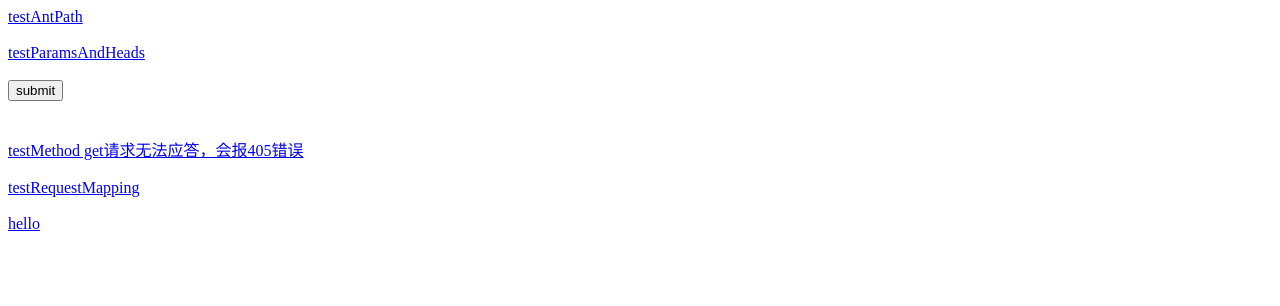
Repository: Gxxxx1989/SpringMVC
Page: http://localhost/springmvc-1/
These files come from the project's save history. The page is drawn as it stood at one moment and after the next save; the edit follows.
The browser window is 1280 px wide. The pictures show the whole page.
The page is served by Tomcat 9.

Above is the page before, as saved 2019-03-25 09:48:00.

After the next save:
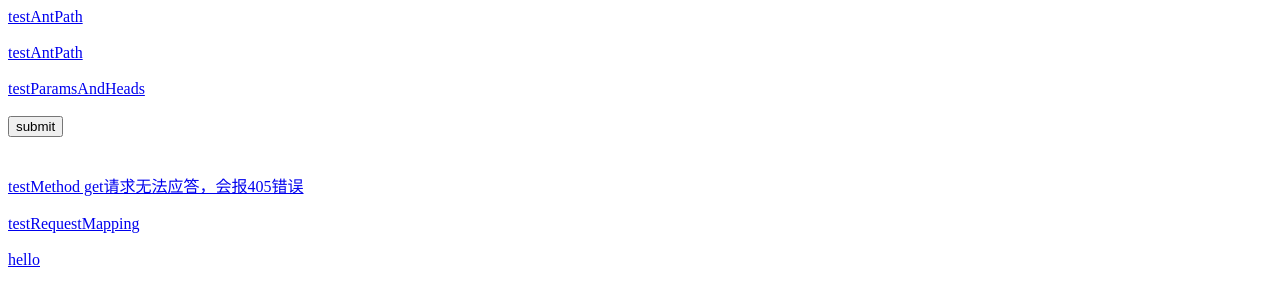
Saved 17 s later.
--- a/springmvc-1/WebContent/index.jsp
+++ b/springmvc-1/WebContent/index.jsp
@@ -7,7 +7,8 @@
 <title>Insert title here</title>
 </head>
 <body>
-
+	<a href="springmvc/testAntPath/asdasd/abc">testAntPath</a>
+	<br><br>
 	<a href="springmvc/testAntPath/asdasd/abc">testAntPath</a>
 	<br><br>
 	<a href="springmvc/testParamsAndHeads?username=gx&&age=11">testParamsAndHeads</a>
